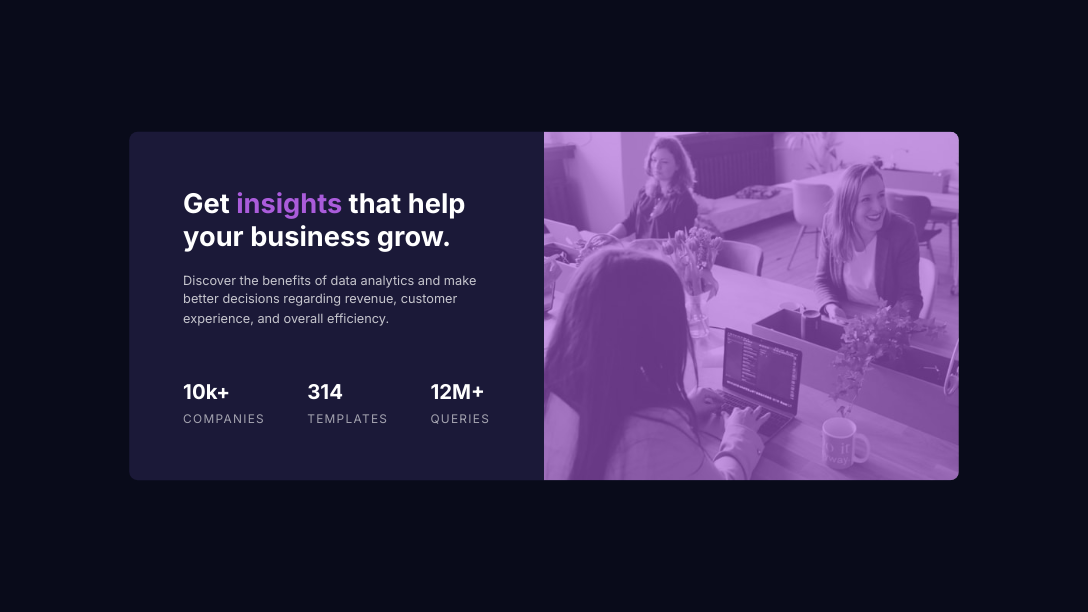
Repository: keisewarsame/stats-preview-frontendmentor
Page: index.html
These files come from the project's save history. The page is drawn as it stood at one moment and after the next save; the edit follows.
The browser window is 1280 px wide. The pictures show the whole page, at 85% of full size.

Above is the page before, as saved 2022-07-12 13:26:34.

### index.html
<!DOCTYPE html>
<html lang="en">
<head>
  <meta charset="UTF-8">
  <meta name="viewport" content="width=device-width, initial-scale=1.0"> <!-- displays site properly based on user's device -->
  <link rel="icon" type="image/png" sizes="32x32" href="./images/favicon-32x32.png">
  <link rel="stylesheet" href="styles.css">
  <title>Frontend Mentor | Stats preview card component</title>
</head>
<body>
    <div class="container">
        <div class="wrapper">
            <div class="text-component">
                <h1 class="title">Get <span>insights</span> that help your business grow.</h1>
                <p class="subtitle">Discover the benefits of data analytics and make better decisions regarding revenue, customer experience, and overall efficiency.</p>
                <div class="stats-component">
                    <div>
                        <p class="num">10k+</p>
                        <p class="stats-sub">Companies</p>
                    </div>
                    <div>
                        <p class="num">314</p>
                        <p class="stats-sub">Templates</p>
                    </div>
                    <div>
                        <p class="num">12M+</p>
                        <p class="stats-sub">Queries</p>
                    </div>
                </div>
            </div>
            <div class="image-component">
                <img src="/images/image-header-desktop.jpg" alt="">
            </div>
        </div>
    </div>
</body>
</html>

### styles.css
@import url('https://fonts.googleapis.com/css2?family=Inter:wght@400;700&family=Lexend+Deca&display=swap');

* {
    margin: 0;
    padding: 0;
}

body {
    font-family: 'Inter', sans-serif;
    display: flex;
    align-items: center;
    min-height: 100vh;
    background-color: hsl(233, 47%, 7%);
}

.container {
    margin: 0 auto;
    max-width: 1040px;
}

.wrapper {
    background-color: hsl(244, 38%, 16%);
    display: grid;
    grid-template-columns: 1fr 1fr;
    border-radius: 10px;
    overflow: hidden;
    margin: 2rem;
}

.text-component {
    padding: 13%;
    font-family: 'Inter', sans-serif;
}

.title {
    color: hsl(0, 0%, 100%);
    padding-bottom: 22px;
    font-weight: 700;
}

.title span {
    color: hsl(277, 64%, 61%)
}

.subtitle {
    color: hsla(0, 0%, 100%, 0.75);
    line-height: 1.5;
    font-size: 15px;
}

.stats-component {
    display: flex;
    justify-content: space-between;
    padding-top: 60px;
}

.num {
    color: hsl(0, 0%, 100%);
    font-weight: 700;
    font-size: 24px;
    margin-bottom: 9px
}

.stats-sub {
    text-transform: uppercase;
    color: hsla(0, 0%, 100%, 0.6);
    font-size: 14px;
    letter-spacing: 1.5px;
}



.image-component {
    position: relative;
}

img {
    height: 100%;
    width: 100%;
}

.image-component::after {
    position: absolute;
    content: '';
    height: 100%;
    width: 100%;
    top: 0;
    right: 0;
    background-color: hsla(277, 64%, 61%, 0.6);;
}

@media screen (max-width: 425px;) {
    body {
        text-align {
            ce
        }
    }
    .wrapper {
        grid-template-columns: 1fr;
    }

    .image-component {
        order: -1;
    }
}

After the next save:
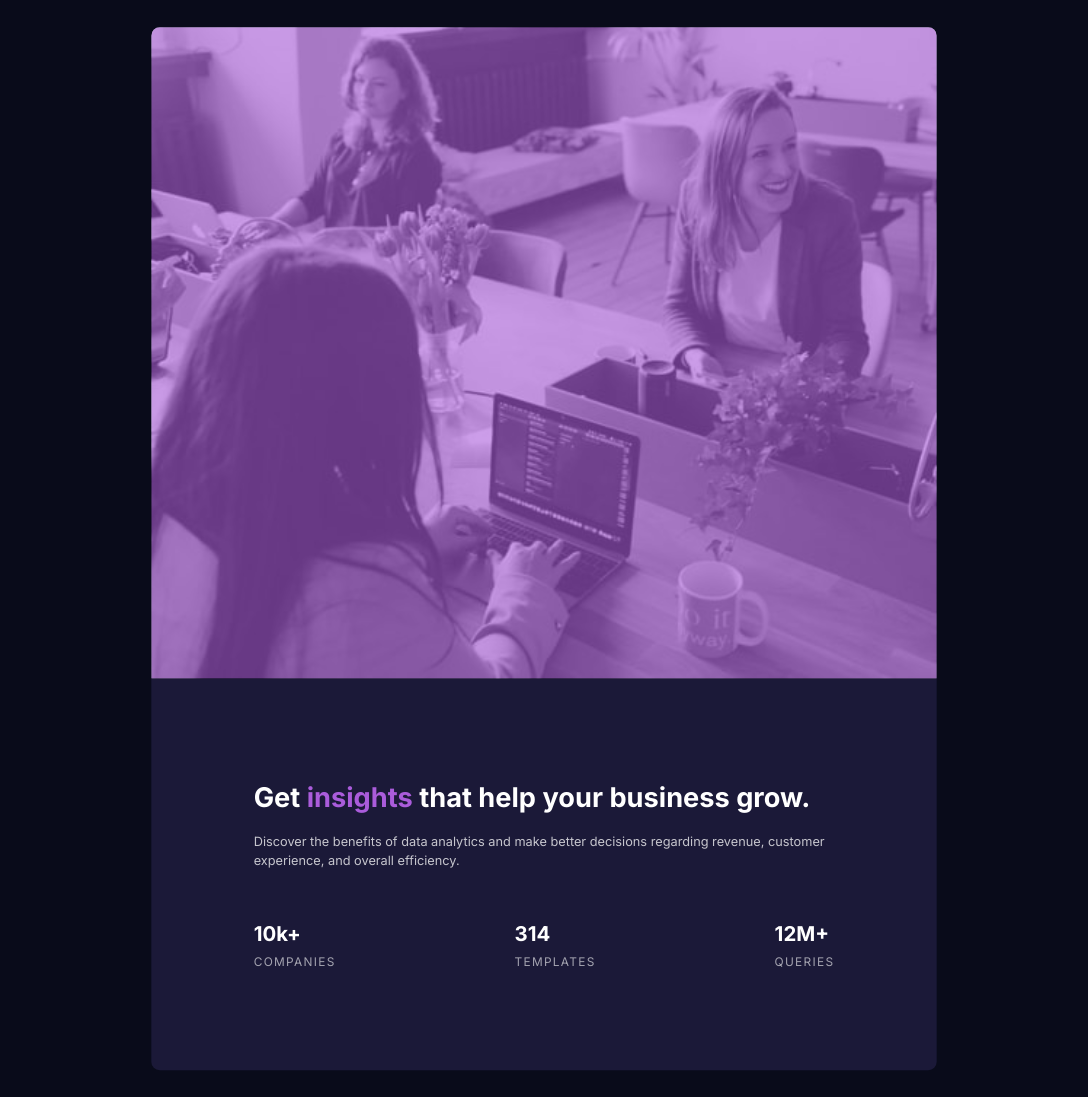
Saved 5 s later.
--- a/styles.css
+++ b/styles.css
@@ -91,9 +91,7 @@
 
 @media screen (max-width: 425px;) {
     body {
-        text-align {
-            ce
-        }
+        text-align}
     }
     .wrapper {
         grid-template-columns: 1fr;

After the save that followed:
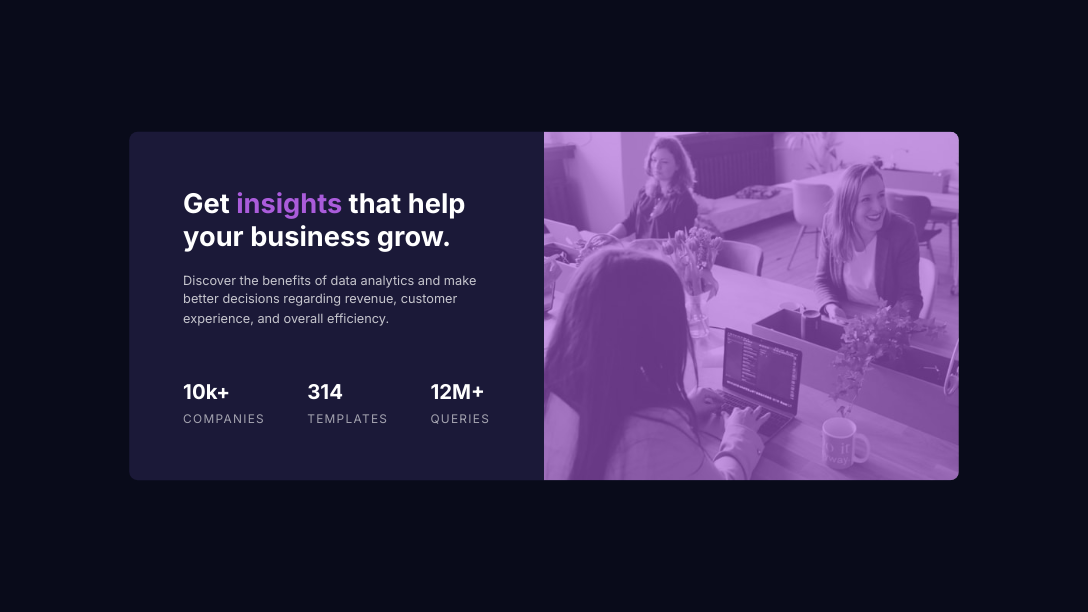
Saved 4 s later.
--- a/styles.css
+++ b/styles.css
@@ -91,7 +91,7 @@
 
 @media screen (max-width: 425px;) {
     body {
-        text-align}
+        text-align: center;
     }
     .wrapper {
         grid-template-columns: 1fr;
